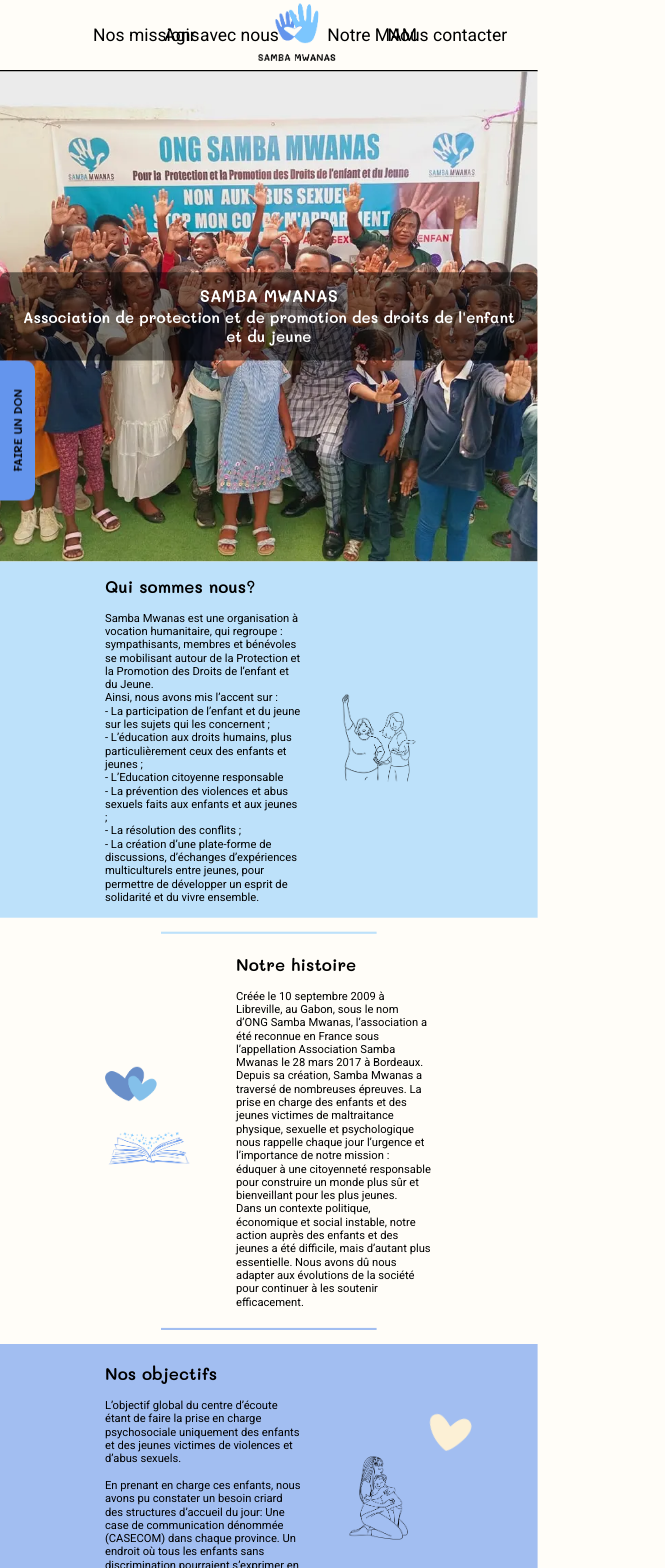
Repository: Danie-lDasilva/Samba-Mwanas
Page: index.html
These files come from the project's save history. The page is drawn as it stood at one moment and after the next save; the edit follows.
The browser window is 768 px wide. The page is 950 px wide, then 808 px, so the pictures cover 950 px, including what lies to the right of the window. The pictures show the part of the page from y = 0 to 2240 px (the page is 3785 px tall before and 5577 px after), at 70% of full size.

Above is the page before, as saved 2025-03-06 19:47:29.

After the next save:
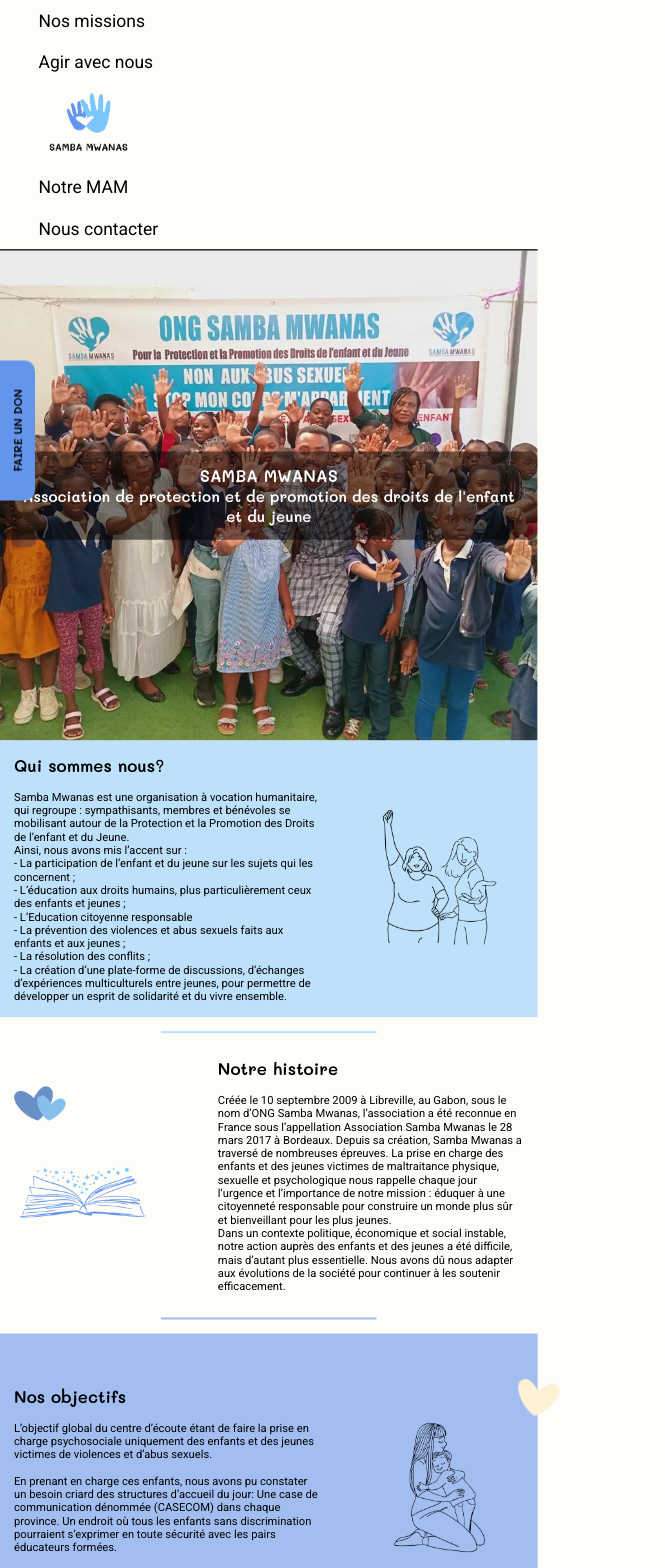
Saved 109 s later.
--- a/assets/css/style.css
+++ b/assets/css/style.css
@@ -563,3 +563,123 @@
     height: auto;
     overflow: hidden;
 }
+
+/* Responsive adjustments */
+@media (max-width: 1024px) {
+    header ul {
+        flex-direction: column;
+        height: auto;
+    }
+
+    header li {
+        width: 100%;
+        justify-content: flex-start;
+        padding: 10px 0;
+    }
+
+    header nav {
+        width: 100%;
+    }
+
+    .Infos article {
+        padding-left: 50px;
+        padding-right: 50px;
+    }
+
+    .Ligne {
+        flex-direction: column;
+        padding-left: 50px;
+        padding-right: 50px;
+    }
+
+    .Photo {
+        width: 150px;
+        height: 150px;
+    }
+
+    .Personne {
+        margin-bottom: 50px;
+    }
+
+    .Footer {
+        flex-direction: column;
+        margin-left: 50px;
+        margin-right: 50px;
+    }
+
+    .FooterCentre,
+    .FooterInfos {
+        width: 100%;
+    }
+
+    .FooterDon {
+        height: 50px;
+    }
+}
+
+@media (max-width: 768px) {
+    header {
+        flex-direction: column;
+        height: auto;
+    }
+
+    header ul {
+        flex-direction: column;
+        height: auto;
+    }
+
+    header li {
+        width: 100%;
+        justify-content: flex-start;
+        padding: 10px 0;
+    }
+
+    header nav {
+        width: 100%;
+    }
+
+    .Landing h1 {
+        font-size: 1.5em;
+        line-height: 1.2;
+    }
+
+    .Landing h1 span {
+        font-size: 0.9em;
+        line-height: 1.2;
+    }
+
+    .Infos article {
+        padding-left: 20px;
+        padding-right: 20px;
+    }
+
+    .Ligne {
+        flex-direction: column;
+        padding-left: 20px;
+        padding-right: 20px;
+    }
+
+    .Photo {
+        width: 100px;
+        height: 100px;
+    }
+
+    .Personne {
+        margin-bottom: 30px;
+    }
+
+    .Footer {
+        flex-direction: column;
+        margin-left: 20px;
+        margin-right: 20px;
+    }
+
+    .FooterCentre,
+    .FooterInfos {
+        width: 100%;
+    }
+
+    .FooterDon {
+        height: 40px;
+    }
+}
